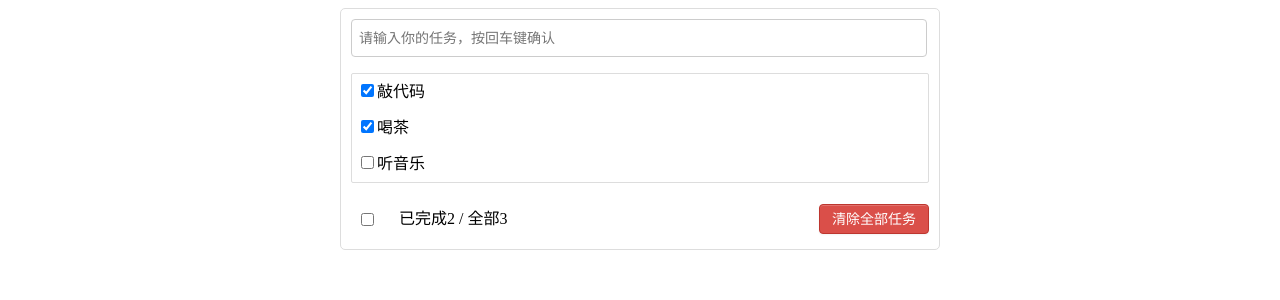
Repository: Lixianlai-2/The-journey-of-learning-Vue
Page: / (app in afterVueCli/Vue_Test/)
These files come from the project's save history. The page is drawn as it stood at one moment and after the next save; the edit follows.
The browser window is 1280 px wide. The pictures show the whole page.
The project was rebuilt for these pictures with package versions that can differ from the ones it lists, and the page was loaded fresh each time.

Above is the page before, as saved 2022-04-21 17:28:11.

After the next save:
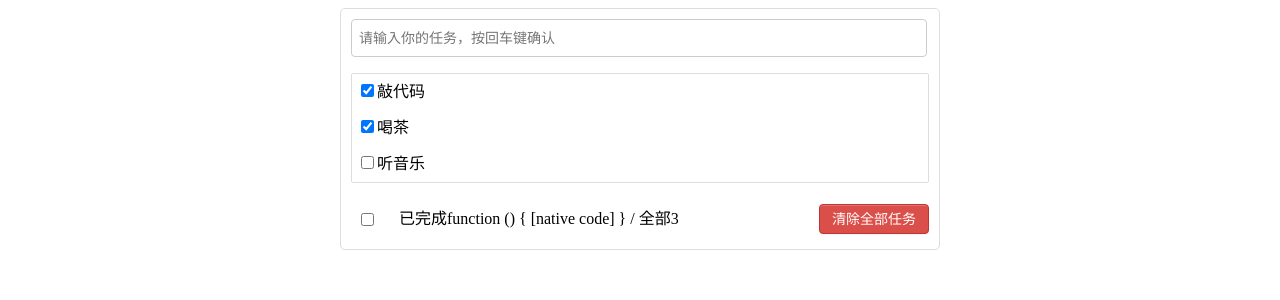
Saved 82 s later.
--- a/afterVueCli/Vue_Test/src/components/myFooter.vue
+++ b/afterVueCli/Vue_Test/src/components/myFooter.vue
@@ -4,7 +4,7 @@
       <input type="checkbox" />
     </label>
     <span>
-      <span>已完成{{ doneTotal() }}</span> / 全部{{ toDos.length }}</span
+      <span>已完成{{ doneTotal }}</span> / 全部{{ toDos.length }}</span
     >
     <button class="btn btn-danger">清除全部任务</button>
   </div>

After the save that followed:
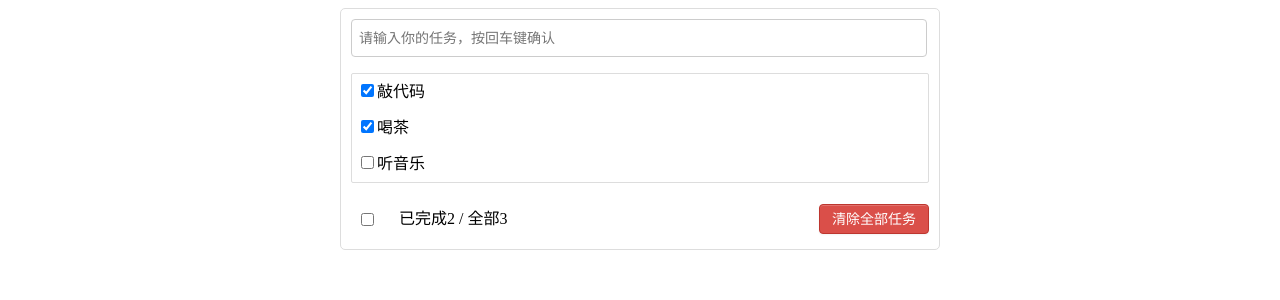
Saved 15 s later.
--- a/afterVueCli/Vue_Test/src/components/myFooter.vue
+++ b/afterVueCli/Vue_Test/src/components/myFooter.vue
@@ -4,7 +4,7 @@
       <input type="checkbox" />
     </label>
     <span>
-      <span>已完成{{ doneTotal }}</span> / 全部{{ toDos.length }}</span
+      <span>已完成{{ doneTotal() }}</span> / 全部{{ toDos.length }}</span
     >
     <button class="btn btn-danger">清除全部任务</button>
   </div>
